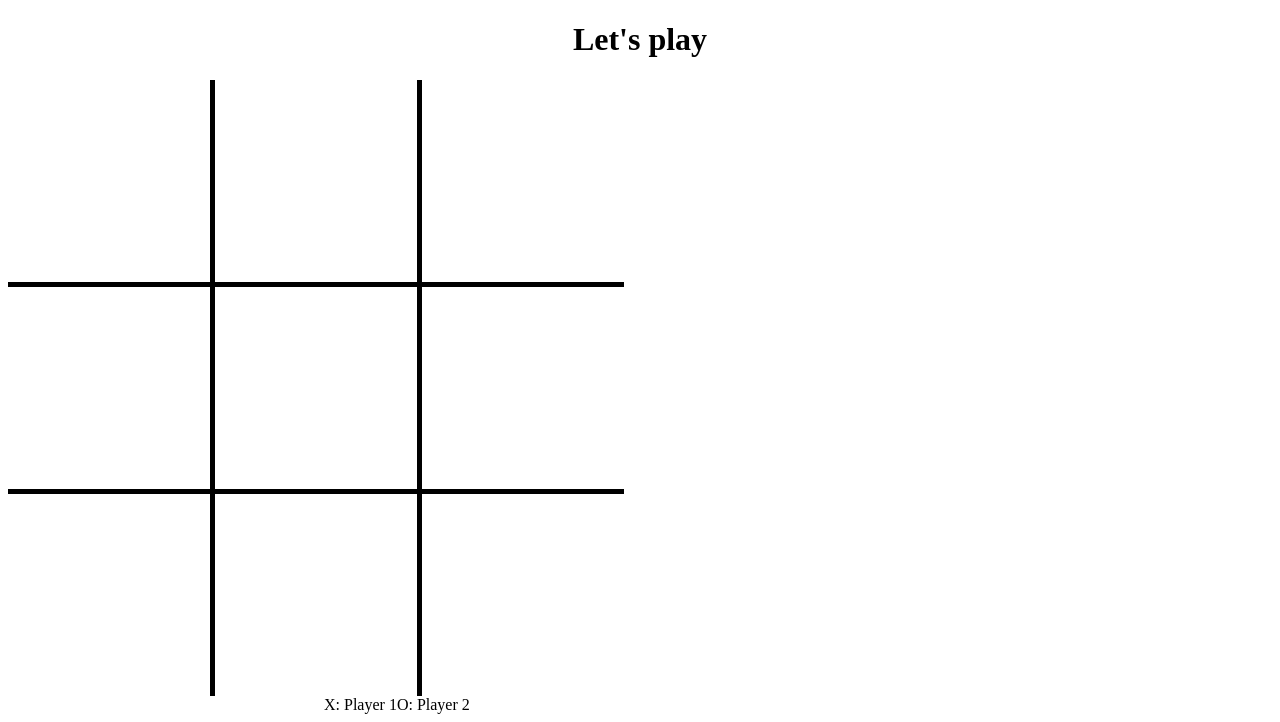
Repository: anas-essaguiar/epita.advancedWeb
Page: tictatoe/index.html
These files come from the project's save history. The page is drawn as it stood at one moment and after the next save; the edit follows.
The browser window is 1280 px wide. The pictures show the whole page.

Above is the page before, as saved 2021-04-23 16:05:58.
Console error: TypeError: Cannot set properties of null (setting 'innerHTML')

### tictatoe/index.html
<!DOCTYPE html>
<html>

<head>
    <meta charset="UTF-8">
    <title>TIC TAC TOE</title>
    <link rel="stylesheet" href="style.css">
</head>

<body>
    <div class="centered">
        <h1>Let's play</h1>
        <table id="table1">
            <tr>
                <td class="col"></td>
                <td class="col"></td>
                <td class="col"></td>
            </tr>
            <tr>
                <td class="col"></td>
                <td class="col"></td>
                <td class="col"></td>
            </tr>
            <tr>
                <td class="col"></td>
                <td class="col"></td>
                <td class="col"></td>
            </tr>
        </table>
    </div>
    <div id="players">
        <div class="player1 player active"><span class="player1_play">X</span>: <span>Player 1</span></div>
        <div class="player2 player"><span class="player2_play">O</span>: <span>Player 2</span></div>
    </div>
    <script type="text/javascript" defer src="js/app.js"></script>
</body>

</html>

### tictatoe/style.css
body {
    font: normal 16px comic sans ms;
    text-align: center;
  }
.col{
    border: 5px solid black;
    width: 200px;
    height: 200px;
}

#players {
	display: flex;
	width: 50%;
	margin: auto;
}
#scoreboard .score {
    text-align: center;
    font-size: 30px
  }

  #scoreboard .score#player1 {
    color: #2900e0;
  }

  #scoreboard .score#player2 {
    color: #c00404;
  }



#table1 {
    border-collapse: collapse;
    border-style: hidden;
    color: black;
    border-spacing: 10px;
    border-collapse: collapse;
}


  .col:hover {
	background-color: grey;
}

### tictatoe/js/app.js
// Define all the elements
let cols = document.querySelectorAll(".col");
let a1 = document.querySelector('.a1');
let a2 = document.querySelector('.a2');
let a3 = document.querySelector('.a3');
let b1 = document.querySelector('.b1');
let b2 = document.querySelector('.b2');
let b3 = document.querySelector('.b3');
let c1 = document.querySelector('.c1');
let c2 = document.querySelector('.c2');
let c3 = document.querySelector('.c3');

// Set the scrore from localstorage
if (localStorage.getItem('scrore_1') == null) {
    document.querySelector('.player1_score').innerHTML = 0;
    localStorage.setItem('scrore_1', 0);

}
if (localStorage.getItem('scrore_2') == null) {
    document.querySelector('.player2_score').innerHTML = 0;
    localStorage.setItem('scrore_2', 0);
}

document.querySelector('.player1_score').innerHTML = localStorage.getItem('scrore_1');
document.querySelector('.player2_score').innerHTML = localStorage.getItem('scrore_2');

let current_player = 1;
let game_win = false;

cols.forEach((col) => {
    col.onclick = (e) => {
        // on efface les messages
        clearMsg();

        // Checked if the player can click on the cell
        if (!game_win) {
            if (e.target.innerHTML == "") {
                // Put the symbol in the col
                e.target.innerHTML = document.querySelector('.player' + current_player + '_play').innerHTML;

                game_win = checkGame();

                if (game_win) {
                    // alert(document.querySelector('.player'+current_player+'_name').innerHTML + " win the game !");
                    showMsg(document.querySelector(
                        '.player' + current_player + '_name').innerHTML + " win the game !<br />" +
                        'Do you want to play again ? <a href="">Clique here !</a>'
                    );

                    // Here we manage the scrore with localstorage
                    localStorage.setItem('scrore_' + current_player, parseInt(localStorage.getItem('scrore_' + current_player)) + 1);

                    document.querySelector('.player' + current_player + '_score').innerHTML = localStorage.getItem('scrore_' + current_player);
                } else {
                    // remove the active class from the current_player
                    document.querySelector(".player" + current_player).classList.remove("active");

                    // Switch the current_player after playing
                    if (current_player == 1) {
                        current_player = 2;
                    } else {
                        current_player = 1;
                    }

                    // Add the active class to current_player
                    document.querySelector(".player" + current_player).classList.add("active");
                }
            } else {
                // When a player play in a not empty cell
                showMsg('You can play here someone alreay play there !');
            }
        } else {
            // When the game is ended
            showMsg('The game is over !');
        }
    }
});

After the next save:
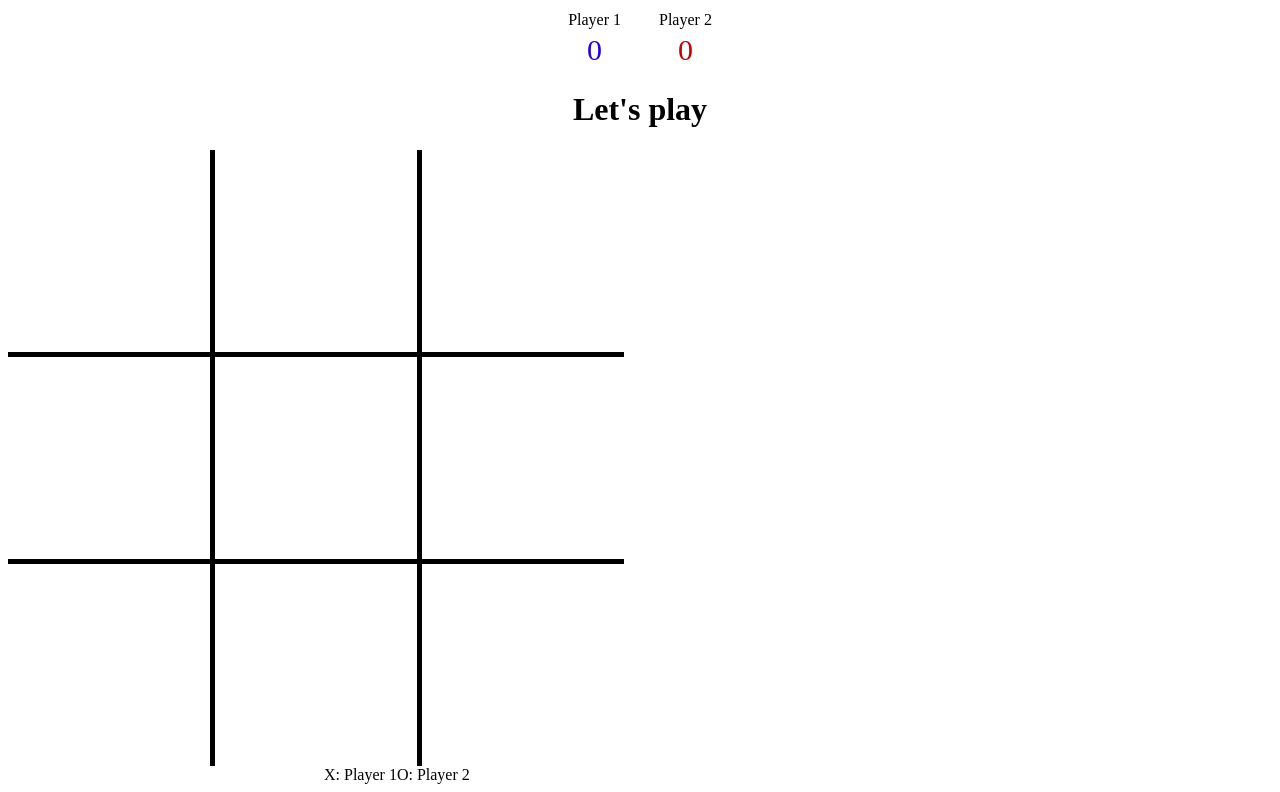
Saved 27 s later.
--- a/tictatoe/index.html
+++ b/tictatoe/index.html
@@ -8,6 +8,22 @@
 </head>
 
 <body>
+    <table id="scoreboard" align="center">
+        <tr>
+            <td> Player 1 </td>
+            <td width="30"> &nbsp; </td>
+            <td> Player 2 </td>
+        </tr>
+        <tr>
+            <td class="score" id="player1">
+                0
+            </td>
+            <td> &nbsp; </td>
+            <td class="score" id="player2">
+                0
+            </td>
+        </tr>
+    </table>
     <div class="centered">
         <h1>Let's play</h1>
         <table id="table1">
